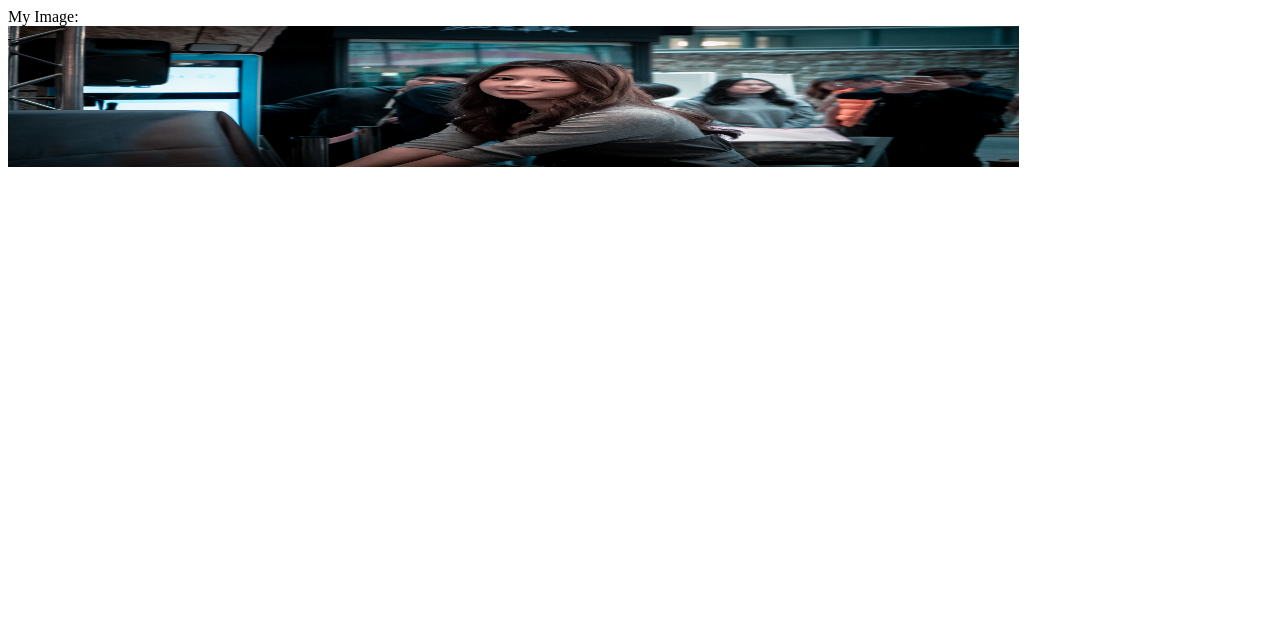
Repository: Thomas85198/SpringTest
Page: http://localhost/SpringMvcWebProject/viewimagePage1.jsp
An editor plug-in stored every save of this project. The page is shown before and after the next save, followed by the edit.
The browser window is 1280 px wide. The pictures show the whole page.
The page is served by Tomcat 9. Nobody is signed in. The application's start-up code is not run.

Above is the page before, as saved 2020-01-09 01:49:39.

After the next save:
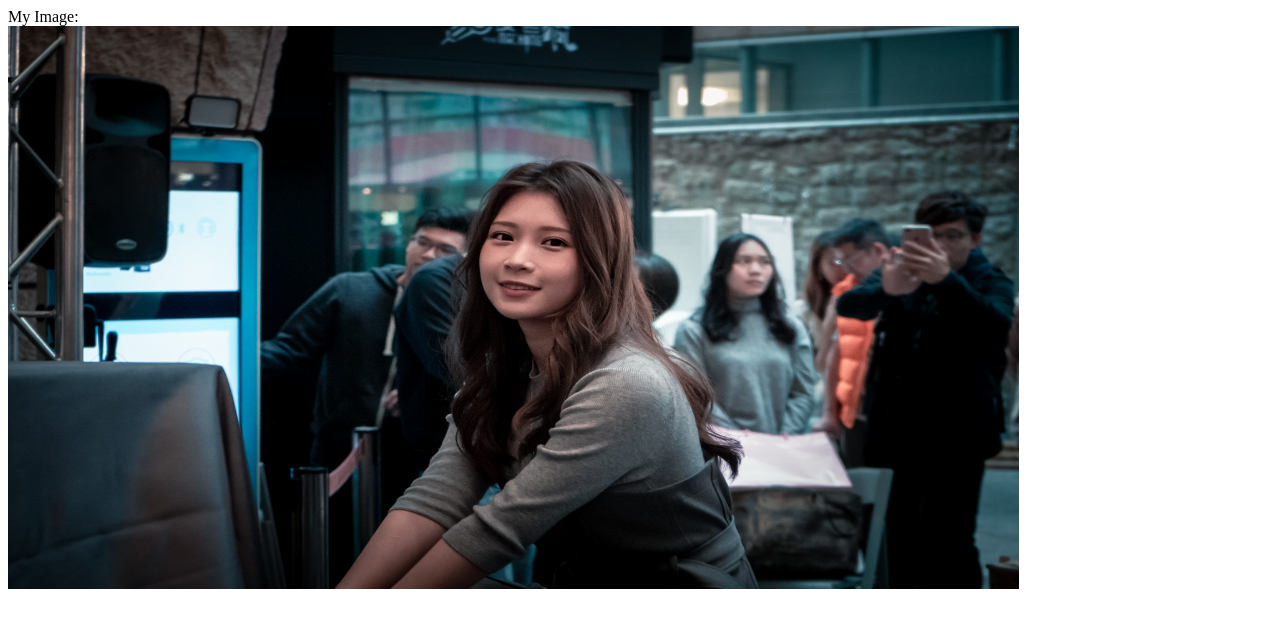
Saved 7 s later.
--- a/SpringMvcWebProject/WebContent/viewimagePage1.jsp
+++ b/SpringMvcWebProject/WebContent/viewimagePage1.jsp
@@ -10,6 +10,6 @@
 </head>
 <body>
 My Image:<br/>
-<img src="<c:url value="/images/image01.jpg"></c:url>" width="80%" height="20%"/><br/>
+<img src="<c:url value="/images/image01.jpg"></c:url>" width="80%" height="80%"/><br/>
 </body>
 </html>
